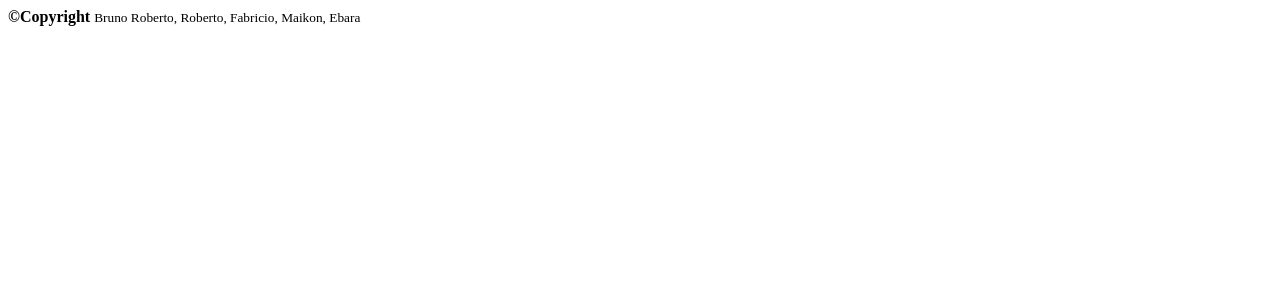
Repository: BrunoRB/ProjetoBanco
Page: http://localhost/templates/footer.php
An editor plug-in stored every save of this project. The page is shown before and after the next save, followed by the edit.
The browser window is 1280 px wide. The pictures show the whole page.
The page is run by PHP 8.4 with error messages shown; the project is at /var/www/html/.

Above is the page before, as saved 2013-06-14 01:15:33.

### codigo/ProjectFree/templates/footer.php



		<footer>
			<strong>&copy;Copyright</strong>
			<small>Bruno Roberto, Roberto, Fabricio, Maikon, Ebara</small>
		</footer>
	</body>
</html>

After the next save:
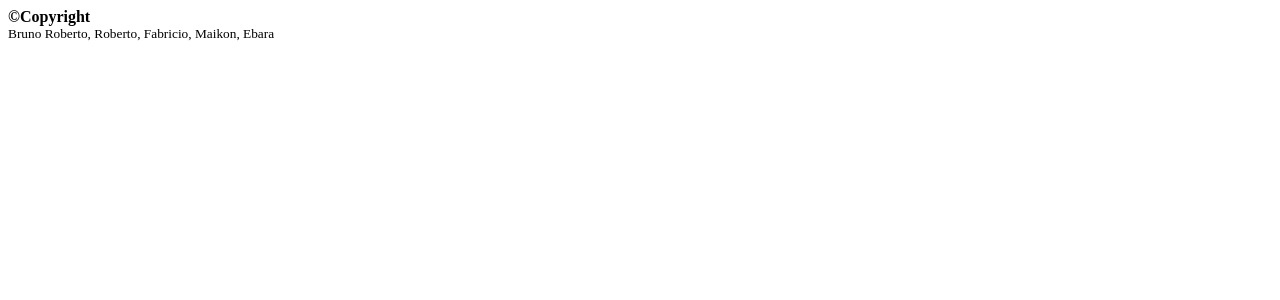
Saved 7 s later.
--- a/codigo/ProjectFree/templates/footer.php
+++ b/codigo/ProjectFree/templates/footer.php
@@ -2,7 +2,7 @@
 
 
 		<footer>
-			<strong>&copy;Copyright</strong>
+			<strong>&copy;Copyright</strong> <br />
 			<small>Bruno Roberto, Roberto, Fabricio, Maikon, Ebara</small>
 		</footer>
 	</body>
